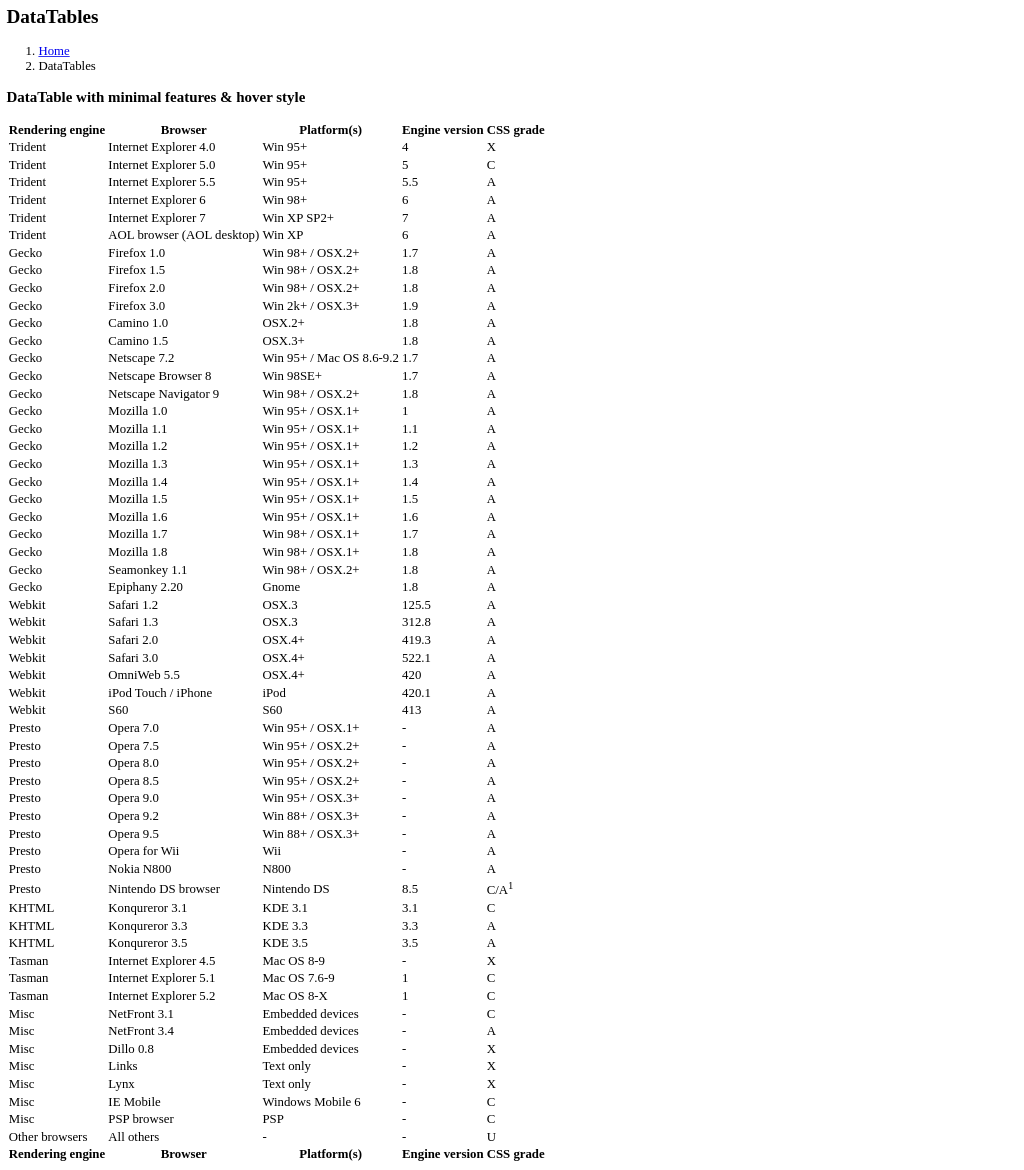
Repository: NguyenTranBaoKhanh/BKShop
Page: http://localhost/App/Views/admin/sanpham/index.php
These files come from the project's save history. The page is drawn as it stood at one moment and after the next save; the edit follows.
The browser window is 1280 px wide. The pictures show the whole page, at 80% of full size.
The page is run by PHP 8.4 with error messages shown; the project is at /var/www/html/.

Above is the page before, as saved 2021-10-30 21:44:30.

After the next save:
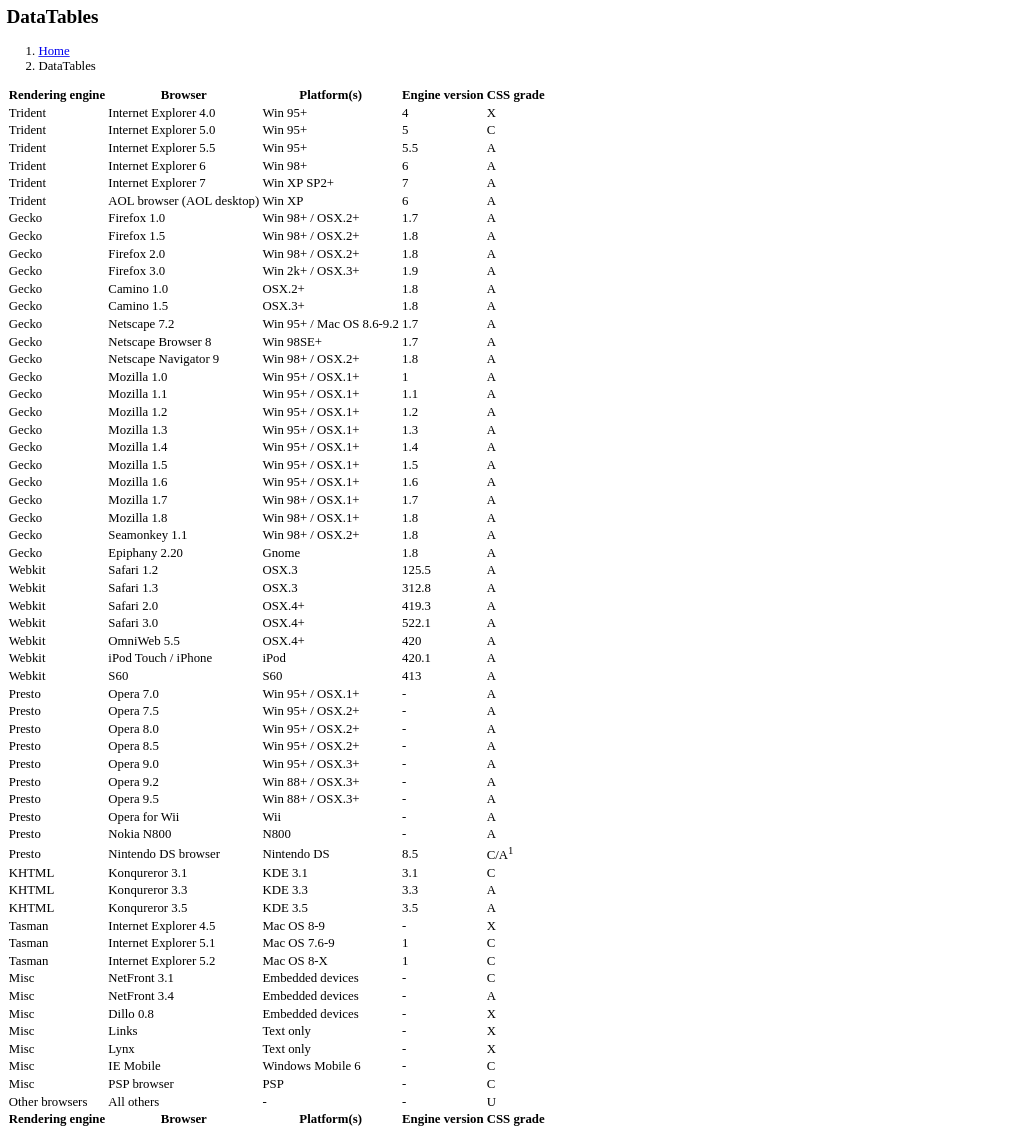
Saved 36 s later.
--- a/App/Views/admin/sanpham/index.php
+++ b/App/Views/admin/sanpham/index.php
@@ -23,9 +23,9 @@
     <div class="row">
       <div class="col-12">
         <div class="card">
-          <div class="card-header">
+          <!-- <div class="card-header">
             <h3 class="card-title">DataTable with minimal features & hover style</h3>
-          </div>
+          </div> -->
           <!-- /.card-header -->
           <div class="card-body">
             <table id="example2" class="table table-bordered table-hover">
